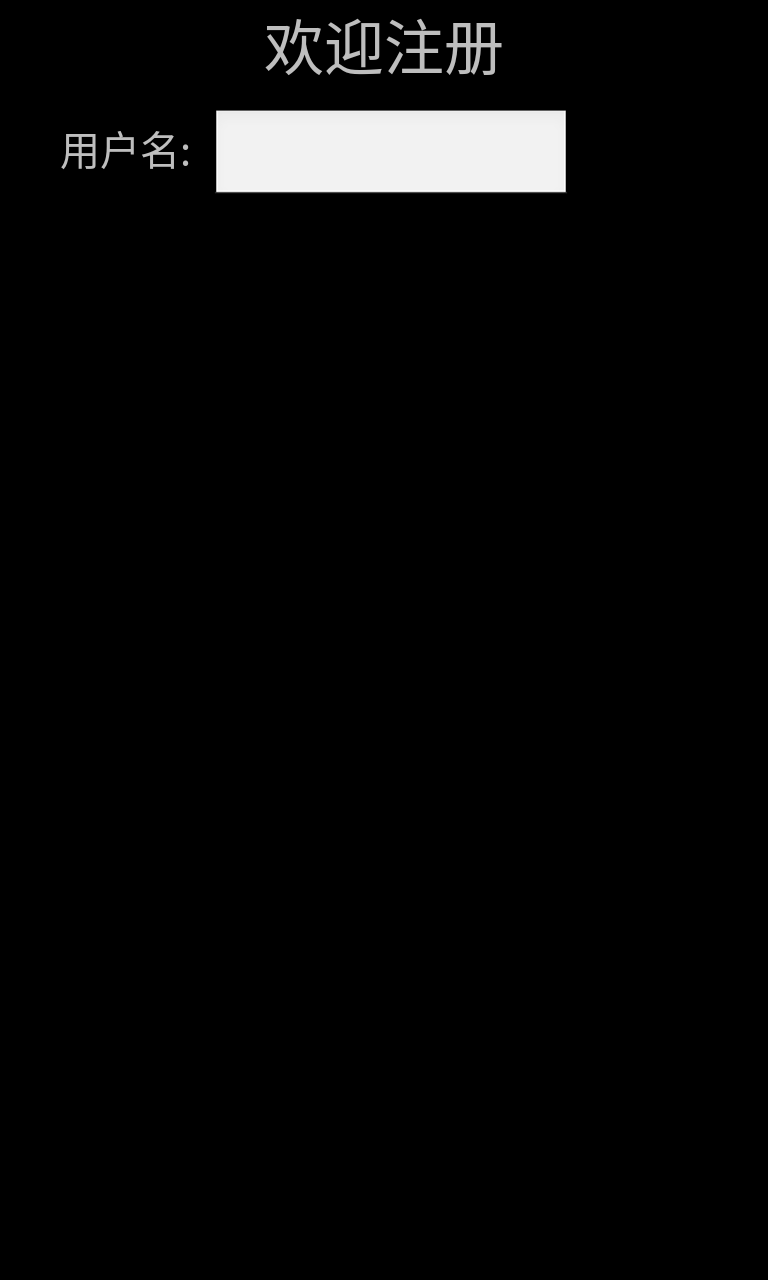
Repository: jcyfkimi/Android-TaoTao
Layout: TaoTao/res/layout/reg.xml
An editor plug-in stored every save of this project. The layout is shown before and after the next save, followed by the edit.
It is drawn on a 768 x 1280 px phone screen (xhdpi) without system bars, with theme android:Theme; the app's code is not run.

Above is the layout before, as saved 2011-09-13 07:11:11.

After the next save:
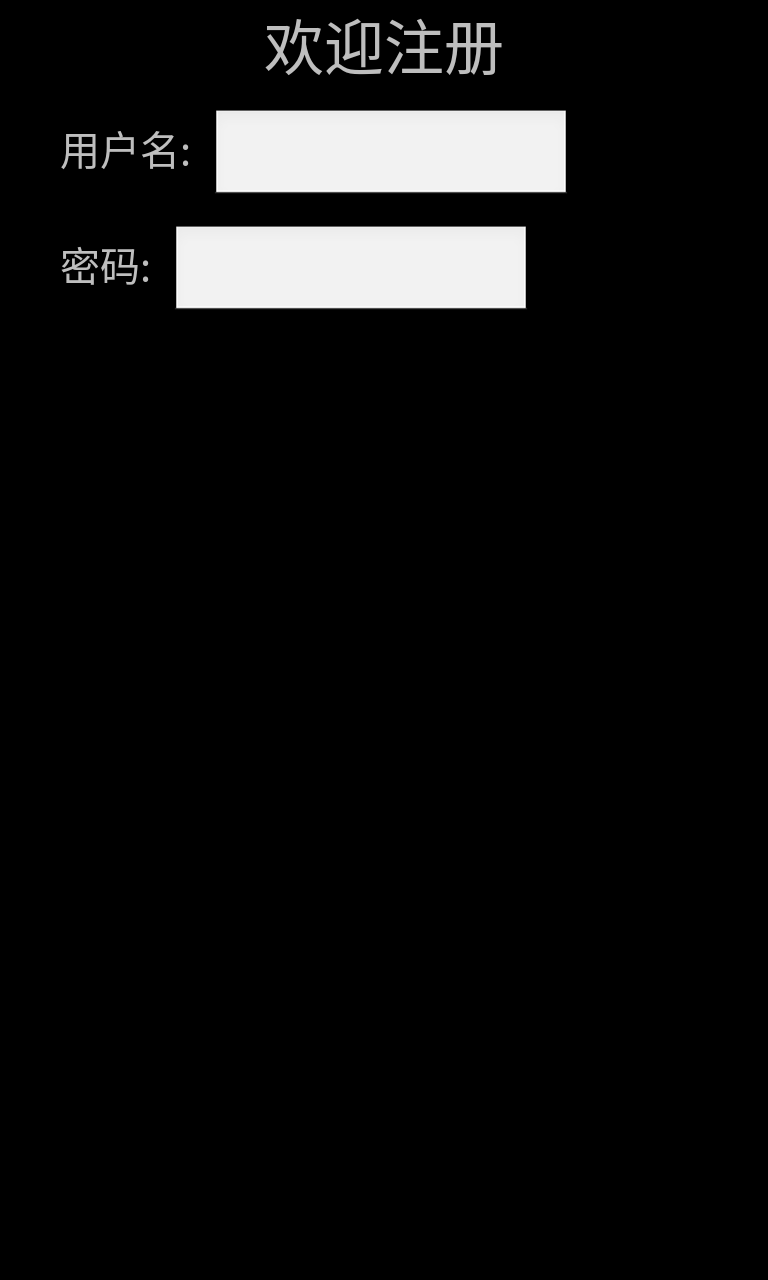
Saved 31 s later.
--- a/TaoTao/res/layout/reg.xml
+++ b/TaoTao/res/layout/reg.xml
@@ -27,4 +27,22 @@
 	  	android:layout_marginLeft="10dip"
 	  	android:layout_marginTop="10dip"/>
 	  </LinearLayout>
+
+	  <LinearLayout
+	  xmlns:android="http://schemas.android.com/apk/res/android"
+	  android:orientation="horizontal"
+	  android:layout_width="wrap_content"
+	  android:layout_height="wrap_content">
+	  <TextView android:layout_width="wrap_content"
+	  	android:layout_height="wrap_content"
+	  	android:layout_marginLeft="30dip"
+	  	android:layout_marginTop="10dip"
+	  	android:text="@string/regpass"
+	  	android:textSize="20dip"/>
+	  <EditText android:id="@+id/regname"
+	  	android:layout_width="180dip"
+	  	android:layout_height="wrap_content"
+	  	android:layout_marginLeft="10dip"
+	  	android:layout_marginTop="10dip"/>
+	  </LinearLayout>
 </LinearLayout>
